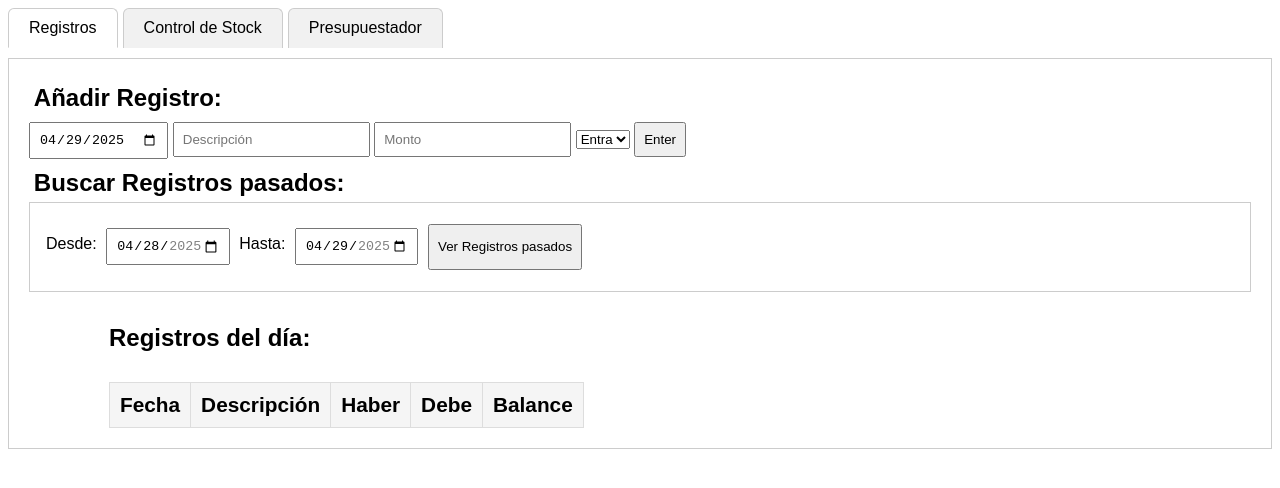
Repository: Joako-Herrero/Proyecto-de-Feria-de-ciencias
Page: program/registro.html
These files come from the project's save history. The page is drawn as it stood at one moment and after the next save; the edit follows.
The browser window is 1280 px wide. The pictures show the whole page.
The page's requests for data from a server got no answer.

Above is the page before, as saved 2025-05-28 16:40:05.

After the next save:
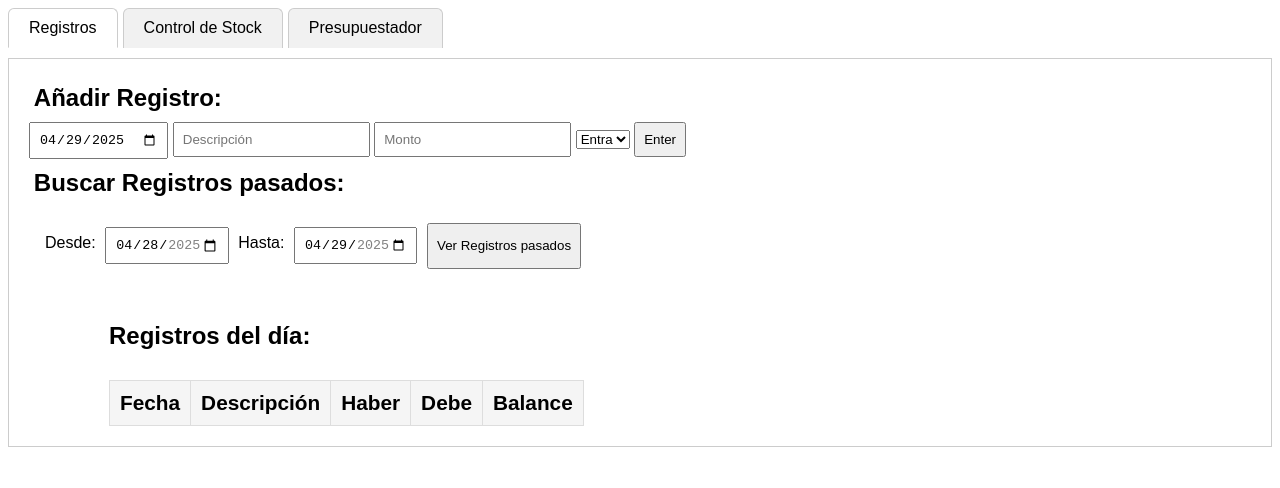
Saved 6 s later.
--- a/program/registro.html
+++ b/program/registro.html
@@ -64,7 +64,6 @@
 
         #formFiltrarFechas{
             padding: 1rem;
-            border: #ccc solid 1px;
             display: flex;
         }
 
